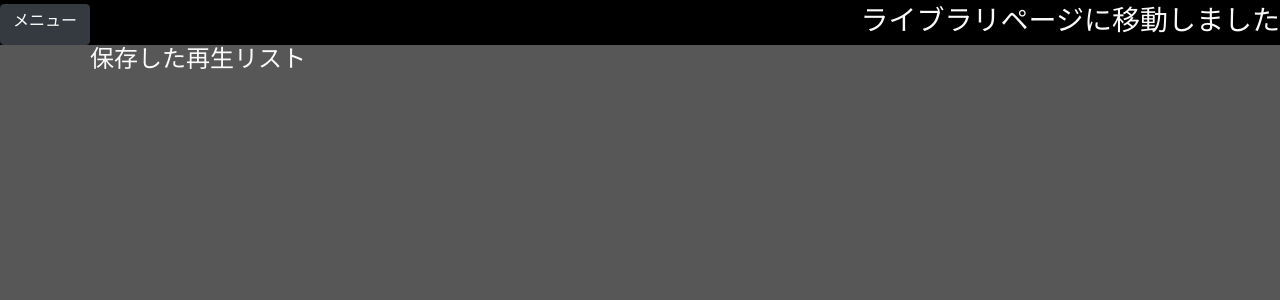
Repository: ShutaKamemura/Portfolio
Page: http://localhost/test/LibraryServlet
The author's editor kept a copy of each file at every save. The page is drawn from the files as they stood at one save, then again after the next save.
The browser window is 1280 px wide. The pictures show the whole page.
Some web libraries are served in a nearby version. The page is served by Tomcat 9. Other server files are loaded and not shown.

Above is the page before, as saved 2020-06-29 03:55:26.
Console error: TypeError: Cannot read properties of null (reading 'addEventListener')

### test/WebContent/library.jsp
<%@ page language="java" contentType="text/html; charset=utf-8"
    pageEncoding="UTF-8"%>
<%@ taglib prefix="c" uri="http://java.sun.com/jsp/jstl/core" %>
<!DOCTYPE html>
<html>
<head>
<meta charset="UTF-8">
<title>ライブラリ</title>
<script src="https://kit.fontawesome.com/75beac86c5.js" crossorigin="anonymous"></script>
<link rel="stylesheet" href="https://stackpath.bootstrapcdn.com/bootstrap/4.5.0/css/bootstrap.min.css" integrity="sha384-9aIt2nRpC12Uk9gS9baDl411NQApFmC26EwAOH8WgZl5MYYxFfc+NcPb1dKGj7Sk" crossorigin="anonymous">
<link href="library.css" rel="stylesheet">
</head>
<body>
<header>
<h3>ライブラリページに移動しました</h3>
		<div class="tab" onclick="obj=document.getElementById('open').style; obj.display=(obj.display=='none')?'block':'none';">
			<button class="btn btn-dark">
			<h6 style="cursor: pointer;">メニュー</h6></button>
		</div>
		<div id="open" style="display:none;clear:both;">

			<div class="header-left">
				<div class="btn-group-vertical" role="group" aria-label="積み重ねボタングループ">

				<form action="MypageServlet" method="get">
					<button name="btn" value="home" class="btn btn-dark" style="width: 130px;">
					<i class="fas fa-home fa-fw"></i>HOME</button>
				</form>

				<form action="MypageServlet" method="get">
					<button name="btn" value="search" class="btn btn-dark" style="width: 130px;">
					<i class="fa fa-search fa-fw"></i>検索</button>
					<input type="hidden" name="selectWay" value="username">
				</form>

				<form action="MypageServlet" method="get">
					<button name="btn" value="like" class="btn btn-dark" style="width: 130px;">
					<i class="fa fa-navicon fa-fw"></i>ライブラリ</button>
				</form>

				<form action="MypageServlet" method="get">
					<button name="btn" value="set" class="btn btn-dark" style="width: 130px;">
					<i class="fas fa-cog fa-spin"></i>設定</button>
				</form>

				</div>
			</div>
		</div>
</header>

<h4>保存した再生リスト</h4>

<div>
	<c:if test="${list != null}">

		<div class="container">
			<div class="row">
			<c:forEach var="item" items="${list}">
				<tr>
				<div class="col-lg-4">

					<video style="width: 300px; height: 200px;" src="${item.replay}.mp4" poster="${item.img}.jpg" id="video">
						<source src="${item.replay}.mp4" type="video/mp4">
					</video>
					<br>
					<button id="goFS" style="background: #fafafa">
					<i class="fa fa-play-circle-o "></i> 再生する</button>

					<br>${item.name}<br>[${item.category}]<br>

					<form action="MypageServlet" method="get">
						<button name="btn" value="keep" style="background: #575757">＋ 保存</button>
						<input type="hidden" name="code" value="${item.code}">
					</form>
					<br>
					<br>
				</div>
				</tr>
			</c:forEach>
			</div>
		</div>
	</c:if>
</div>

<script>
 					 var goFS = document.getElementById("goFS");
					  goFS.addEventListener("click", function() {
 					     var video = document.getElementById("video");
  					    video.requestFullscreen();
 					 }, false);

					  video.onclick = function (event) {
						  if (video.fullscreenElement) {
						    video.exitFullscreen()
						  }
						};
					</script>


</body>
</html>

### test/src/controller/LibraryServlet.java
package controller;

import java.io.IOException;
import java.sql.SQLException;

import javax.servlet.RequestDispatcher;
import javax.servlet.ServletContext;
import javax.servlet.ServletException;
import javax.servlet.annotation.WebServlet;
import javax.servlet.http.HttpServlet;
import javax.servlet.http.HttpServletRequest;
import javax.servlet.http.HttpServletResponse;

import dbAccess.DBAccess;

/**
 * Servlet implementation class LibraryServlet
 */
@WebServlet("/LibraryServlet")
public class LibraryServlet extends HttpServlet {
	private static final long serialVersionUID = 1L;
	public static DBAccess dbAccess;
	/**
	 * @see HttpServlet#doGet(HttpServletRequest request, HttpServletResponse response)
	 */
	protected void doGet(HttpServletRequest request, HttpServletResponse response) throws ServletException, IOException {



		ServletContext context = getServletContext();
		RequestDispatcher dis = context.getRequestDispatcher("/library.jsp");
		dis.forward(request, response);
	}

	/**
	 * @see HttpServlet#doPost(HttpServletRequest request, HttpServletResponse response)
	 */
	protected void doPost(HttpServletRequest request, HttpServletResponse response) throws ServletException, IOException {
		// TODO Auto-generated method stub
		doGet(request, response);
	}

}

### test/WebContent/library.css
@charset "UTF-8";

body{
	background: #575757;
	color: #fafafa;
}

header {
	height: 45px;
	width: 100%;
	padding-top: 4px;
	background: #000000;
}

header h3 {
	float: right;
	text-align: center;
}

.btn {
	float:left;
}

.form-control {
	background: #575757;
}

.row {
	text-align: center;
}

.video-btn {
    content: "";
    position: absolute;
    top:0;
    left:0;
    right:0;
    bottom:40px; /*コントローラー分下部に余白を*/
    cursor: pointer;
}

After the next save:
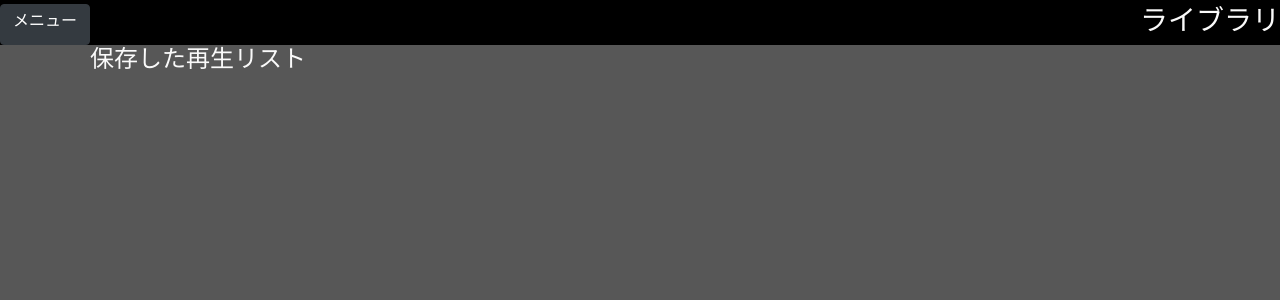
Saved 72 min 45 s later.
--- a/test/WebContent/library.jsp
+++ b/test/WebContent/library.jsp
@@ -12,7 +12,7 @@
 </head>
 <body>
 <header>
-<h3>ライブラリページに移動しました</h3>
+<h3>ライブラリ</h3>
 		<div class="tab" onclick="obj=document.getElementById('open').style; obj.display=(obj.display=='none')?'block':'none';">
 			<button class="btn btn-dark">
 			<h6 style="cursor: pointer;">メニュー</h6></button>
